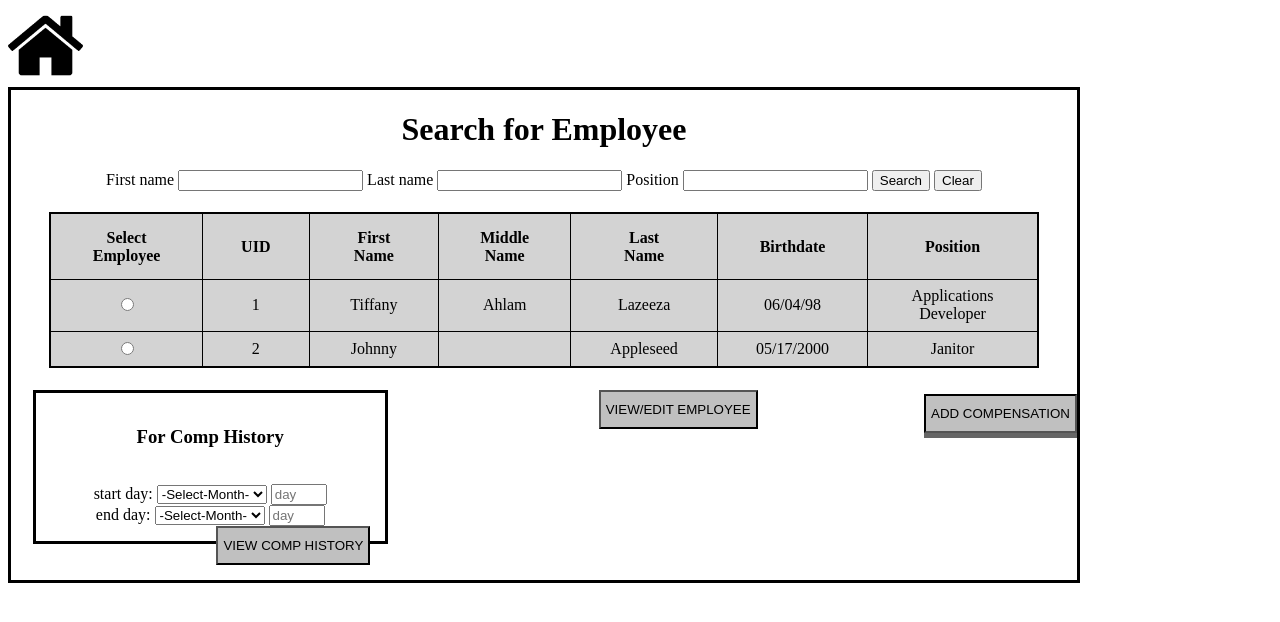
Repository: ticross18/SpringBootEmployeeSystem
Page: http://localhost/searchEmp
The author's editor kept a copy of each file at every save. The page is drawn from the files as they stood at one save, then again after the next save.
The browser window is 1280 px wide. The pictures show the whole page.
The first visible `button.optionButtons` is being pressed.
The page is this project's Thymeleaf template; nobody is signed in. The template is opened directly, without the code that normally fills it, so the values that code supplies are empty.

Above is the page before, as saved 2022-05-17 18:08:46.

### EmploymentSystem/src/main/resources/templates/searchEmp.html
<!DOCTYPE html>
<html>
<head>
	<title>Search for Employee</title>
	<meta charset="UTF-8">
	<meta name="viewport" content="width=device-width, initial-scale=1.0">
	<link href="css/screens.css" rel="stylesheet" type="text/css">
</head>
<body>

<a href="/"><img src="images/homeIcon2.png" id="homeButton" alt="home button"></a>

<div id="SearchEmpBox" >
	<h1 id="title">Search for Employee</h1>

	<form>
		<label for="fname">First name </label>
		<input type="text" id="fname" name="fname">
		<label for="lname">Last name  </label>
		<input type="text" id="lname" name="lname">
		<label for="position">Position</label>
		<input type="text" id="position" name="position">
		<button type="button" name ="search">Search</button>
		<button type="clear" name ="clear">Clear</button>
	</form>

	<table border=1  rules=rows id="results" >
		<tr>
			<th>Select Employee</th>
			<th>UID</th>
			<th>First Name</th>
			<th>Middle Name</th>
			<th>Last Name</th>
			<th>Birthdate</th>
			<th>Position</th>
		</tr>
		 <tr class="entries">
			<td><input type="radio" name="edit" class="editEmp"/></td>
			<td>1</td>
			<td>Tiffany</td>
			<td>Ahlam</td>
			<td>Lazeeza</td>
			<td>06/04/98</td>
			<td>Applications Developer</td>
		</tr>
		 <tr class="entries">
			<td><input type="radio" name="edit" class="editEmp"/></td>
			<td>2</td>
			<td>Johnny</td>
			<td></td>
			<td>Appleseed</td>
			<td>05/17/2000</td>
			<td>Janitor</td>
		</tr>

	</table>

     <button type="button" class="optionButtons" onclick="location.href = '#';"  id="addEmp" > Add Compensation </button>

     <button type="button" class="optionButtons" onclick="location.href = '#';" id="viewEditEmp"> View/Edit Employee </button>

	<div id="dateRange">
		<h3>For Comp History</h3><br>

		<label >start day:</label>
		    <select class='monthDropDown'>
			    <option selected value=''>-Select-Month-</option>
			    <option value='1'>January</option>
			    <option value='2'>February</option>
			    <option value='3'>March</option>
			    <option value='4'>April</option>
			    <option value='5'>May</option>
			    <option value='6'>June</option>
			    <option value='7'>July</option>
			    <option value='8'>August</option>
			    <option value='9'>September</option>
			    <option value='10'>October</option>
			    <option value='11'>November</option>
			    <option value='12'>December</option>
		    </select>
		    <input type="number"min="0" max="31" placeholder="day"/>

		    <br>

		<label>end day:</label>
		<select class='monthDropDown'>
		    <option selected value=''>-Select-Month-</option>
		    <option value='1'>January</option>
		    <option value='2'>February</option>
		    <option value='3'>March</option>
		    <option value='4'>April</option>
		    <option value='5'>May</option>
		    <option value='6'>June</option>
		    <option value='7'>July</option>
		    <option value='8'>August</option>
		    <option value='9'>September</option>
		    <option value='10'>October</option>
		    <option value='11'>November</option>
		    <option value='12'>December</option>
	    </select>
	    <input type="number"min="0" max="31" placeholder="day"/>
	     <br><button type="button" class="optionButtons" onclick="location.href = '#';" id="compHistory" > View Comp History </button>

	</div>


</div>
</body>
</html>

### EmploymentSystem/src/main/resources/static/css/screens.css
.container {
   display: flex;

}

#homeButton{
	width:75px;
	height:75px;
	position: relative;
}

.asterisk{
	color: red;
}

#addEmpBox {
	padding-left: 40vw;
	border: 3px solid rgb(0, 0, 0);
	padding-bottom: 15px;
}

#addEmpBox input {
	margin-bottom: 15px;
	padding: 2px;
}

#SearchEmpBox {
	border: 3px solid rgb(0, 0, 0);
	padding-bottom: 15px;
	margin-right: 15vw;
	text-align: center;
}

#userInput {
	display:inline-table;
}

#results {
	border: 2px solid black;
	margin: 10px;
	background-color: lightgrey;
	border-collapse: collapse;
	margin:  3vh 3vw;
}

#results th {
	padding: 2vh 3vw;
	border-left: 1px solid #000;
    border-right: 1px solid #000;
}

#results td {
	padding: 1vh 3vw ;
	border-left: 1px solid #000;
    border-right: 1px solid #000;

}

#finalEdit{
	text-align: left;
	position: left;
}

button.optionButtons {
	text-transform: uppercase;
	background-color: rgb(192, 192, 192);

	padding: 10px 5px;
	width:  auto ;
	float:right;
	position: sticky;

	margin-left: 13vw;
}

button.optionButtons:active {
  box-shadow: 0 5px #666;
  transform: translateY(4px);
}

.optionButtons button:hover {
  background-color: rgb(255, 255, 128);
  cursor: pointer;
}

#dateRange {
	border: 3px solid rgb(0, 0, 0);
	width:fit-content;
	margin: 3vh;
	padding: 2vh;
}



.monthDropDown {
	width:110px;
}


tr.entries:hover {
  background-color: white;
  cursor: pointer;
}

After the next save:
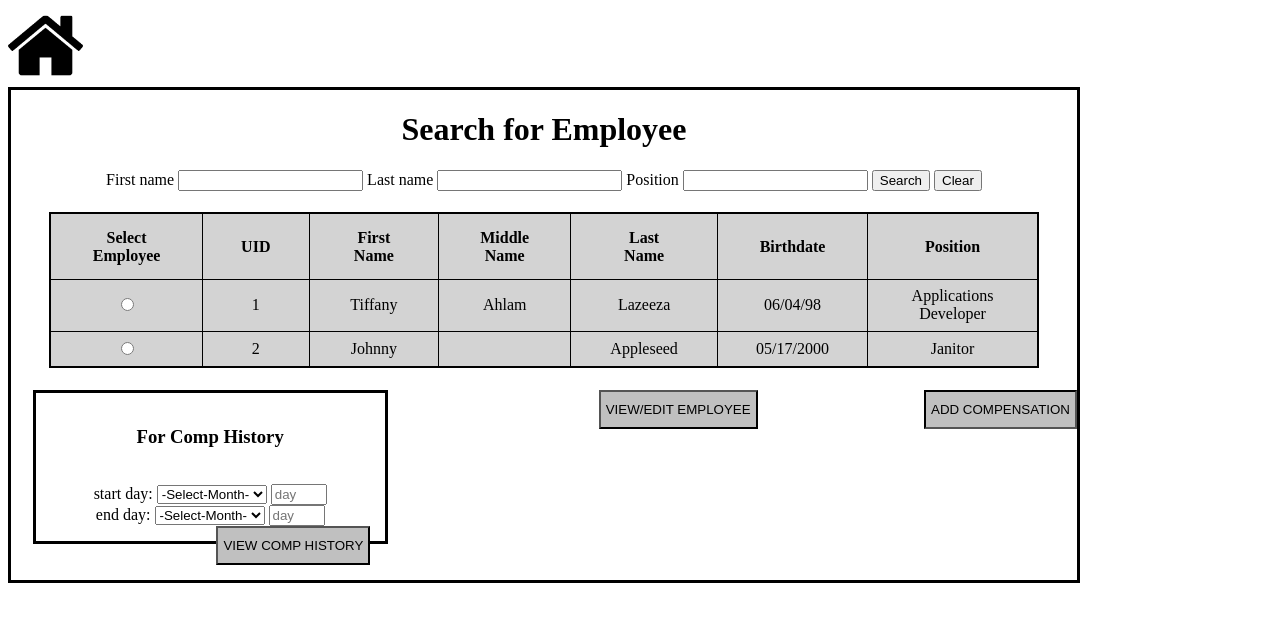
Saved 6 s later.
--- a/EmploymentSystem/src/main/resources/static/css/screens.css
+++ b/EmploymentSystem/src/main/resources/static/css/screens.css
@@ -73,7 +73,7 @@ button.optionButtons {
 	margin-left: 13vw;
 }
 
-button.optionButtons:active {
+.optionButtons button:active {
   box-shadow: 0 5px #666;
   transform: translateY(4px);
 }
